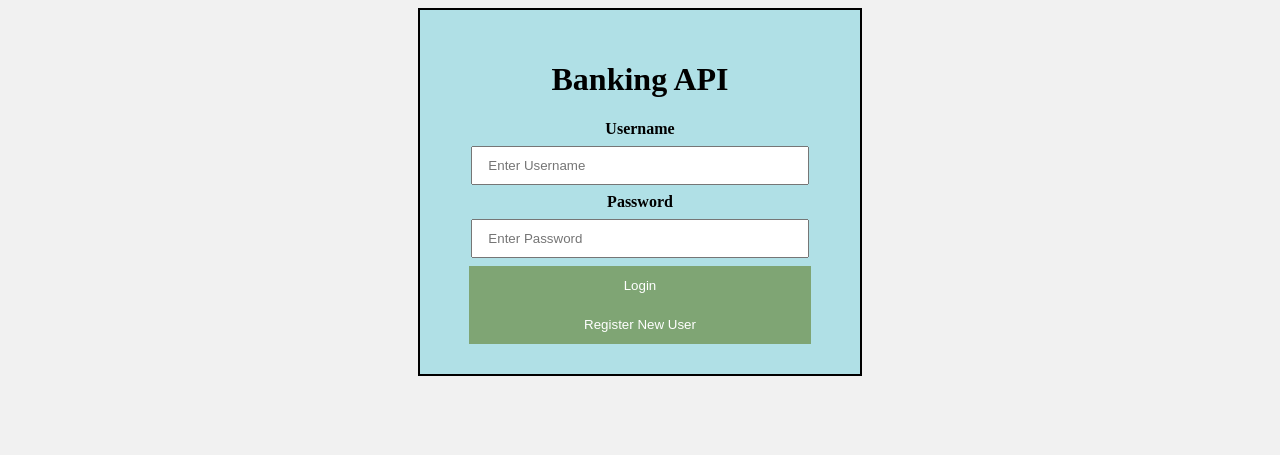
Repository: kennyufish/Revature_ROCP1_Project_Banking_API
Page: banking_api/src/main/webapp/index.html
The author's editor kept a copy of each file at every save. The page is drawn from the files as they stood at one save, then again after the next save.
The browser window is 1280 px wide. The pictures show the whole page.

Above is the page before, as saved 2020-10-10 04:54:32.

### banking_api/src/main/webapp/index.html
<!DOCTYPE html>
<html>
<head>
<meta charset="ISO-8859-1">
<title>Banking API Login</title>
<style>
.topNoticeGreen {
	color: black;
	background-color: green;
	width: 100%;
	padding: 20px;
	text-align: center;
}

.loginLayout {
	background-color: powderblue;
	border: 2px solid black;
	padding: 30px;
	width: 30%;
	margin: 0 auto;
}
input[type=text],input[type=password]{
	width:80%;
	padding:10px 15px;
	margin:8px 0;
	display:inline-block;
	boxing-sizing:border-box;
}

button{
	background-color:#7FA574;
	color:white;
	padding: 12px 10px;
	marigin:100px 0;
	border:none;
	cursor:pointer;
	width:90%;
}


</style>
</head>
<body style="background-color: #f1f1f1">
	<div align="center" class="loginLayout">
		<h1>Banking API</h1>
		<form action="loginUser" method='post'>
			<label for="username"><b>Username</b></label>
			<input type="text" name="username" placeholder="Enter Username" required>
			<label for="password"><b>Password</b></label>
			<input type="password" name="password" placeholder="Enter Password" required>
		 <button type="submit">Login</button>
		</form>

		<form action="registerNewUser">
			<button>Register New User</button>
		</form>
	</div>
</body>
</html>

After the next save:
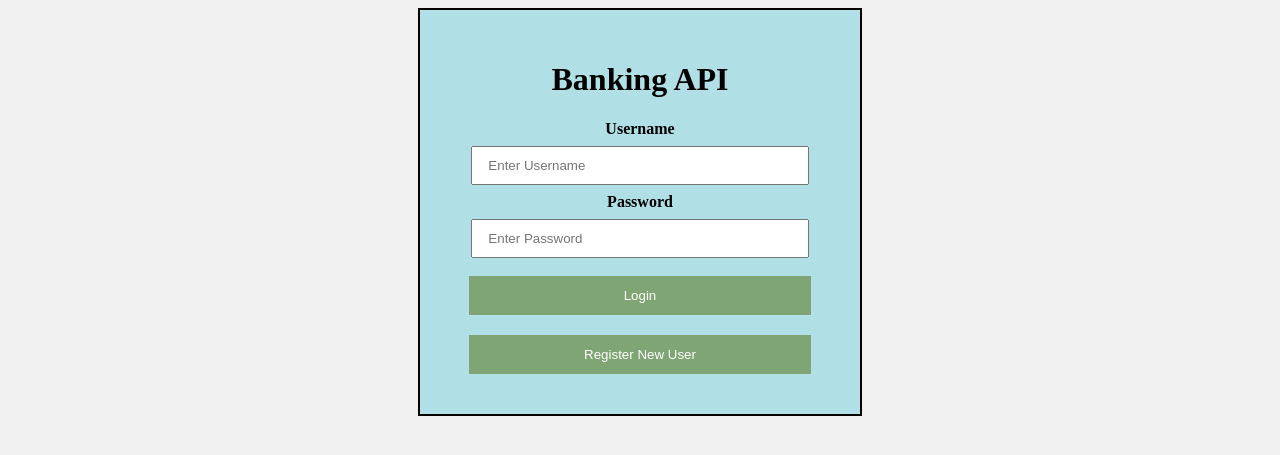
Saved 19 s later.
--- a/banking_api/src/main/webapp/index.html
+++ b/banking_api/src/main/webapp/index.html
@@ -31,7 +31,7 @@ button{
 	background-color:#7FA574;
 	color:white;
 	padding: 12px 10px;
-	marigin:100px 0;
+	margin: 10px 0;
 	border:none;
 	cursor:pointer;
 	width:90%;
